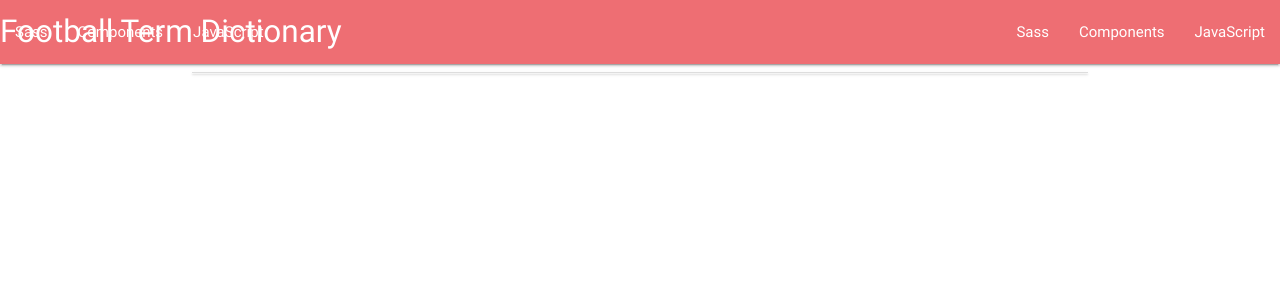
Repository: BLMcDonald/Milestone3
Page: http://localhost/
The author's editor kept a record of every edit. The page is drawn from the files as they stood at one moment, then again after the next edit.
The browser window is 1280 px wide. The pictures show the whole page.
Some web libraries are served in a nearby version. The page is served by the project's application, run on Flask 3 (app.py). Queries for data that is not in the repository find no rows.

Above is the page before.

### templates/words.html
{% extends 'base.html'%}
{% block content %}

    <ul class="collapsible" data-collapsible="accordion">
        {% for word in words %}
        <li>
            <div class="collapsible-header word_header">
                <div class="col s3">
                    <i class="material-icons">expand_more</i>
                    <a href="{{url_for('delete_word', word_id=word._id)}}" class="waves-effect waves-light btn btn_custom red">Delete</a>
                    <a href="{{url_for('edit_word', word_id=word._id)}}" class="waves-effect waves-light btn btn_custom blue">Edit</a>
                </div>
                <div class="col s9">
                    <strong>{{word.word_name}}</strong>
                </div>

            </div>
            <div class="collapsible-body"><span>{{word.definition}}</span></div>
        </li>
        {% endfor %}
    </ul>

{% endblock %}

### templates/base.html
<!DOCTYPE html>
<html lang="en">
<head>
    <link href="https://fonts.googleapis.com/icon?family=Material+Icons" rel="stylesheet">
    <link rel="stylesheet" href="https://cdnjs.cloudflare.com/ajax/libs/materialize/0.100.2/css/materialize.min.css">
    <link rel="stylesheet" href="{{url_for('static', filename='css/style.css')}}" type="text/css"/>
</head>
<body>
    <header>
        <nav>
            <div class="nav-wrapper">
                <a href="#" class="brand-logo">Football Term Dictionary</a>
                <ul id="nav-mobile" class="right hide-on-med-and-down">
                    <li><a href="sass.html">Sass</a></li>
                    <li><a href="badges.html">Components</a></li>
                    <li><a href="collapsible.html">JavaScript</a></li>
                </ul>
                <ul class="sidenav" id="mobile-demo">
                    <li><a href="sass.html">Sass</a></li>
                    <li><a href="badges.html">Components</a></li>
                    <li><a href="collapsible.html">JavaScript</a></li>
                </ul>
            </div>
        </nav>
    </header>
    <div class="container">
        {% block content %}
        {% endblock %}
    </div>

    <script src="https://cdnjs.cloudflare.com/ajax/libs/jquery/3.2.1/jquery.min.js"></script>
    <script src="https://cdnjs.cloudflare.com/ajax/libs/materialize/0.100.2/js/materialize.min.js"></script>
    <script type="text/javascript">
        $(document).ready(function() {
            $('.collapsible').collapsible();
        })
    </script>
</body>
</html>

### app.py
import os
from flask import Flask, render_template, redirect, request, url_for
from flask_pymongo import PyMongo
from bson.objectid import ObjectId

app = Flask(__name__)

app.config["MONGO_DBNAME"] = 'dictionary'
app.config["MONGO_URI"] = 'mongodb+srv://root:83OH5Pni9RRgTofE@projectscluster-hyee9.mongodb.net/dictionary?retryWrites=true&w=majority'

mongo = PyMongo(app)


@app.route('/')
@app.route('/get_words')
def get_words():
    return render_template("words.html", words=mongo.db.words.find())

@app.route('/add_word')
def add_word():
    return render_template("addword.html")

@app.route('/insert_word', methods=['POST'])
def insert_word():
    words = mongo.db.words
    words.insert_one(request.form.to_dict())
    return redirect(url_for('get_words'))

@app.route('/edit_word/<word_id>')
def edit_word(word_id):
    the_word = mongo.db.words.find_one({"_id": ObjectId(word_id)})
    return render_template("editword.html", word=the_word)

if __name__ == '__main__':
    app.run(host=os.environ.get('IP'),
            port=int(os.environ.get('PORT')),
            debug=True)

### static/css/style.css
.btn_custom {
    height: 24px;
    width: 70px;
    line-height: 24px;
    margin: 5px;
    padding: 0px 8px;
}

.word_header {
    margin-top: 5px;
}

After the next edit:
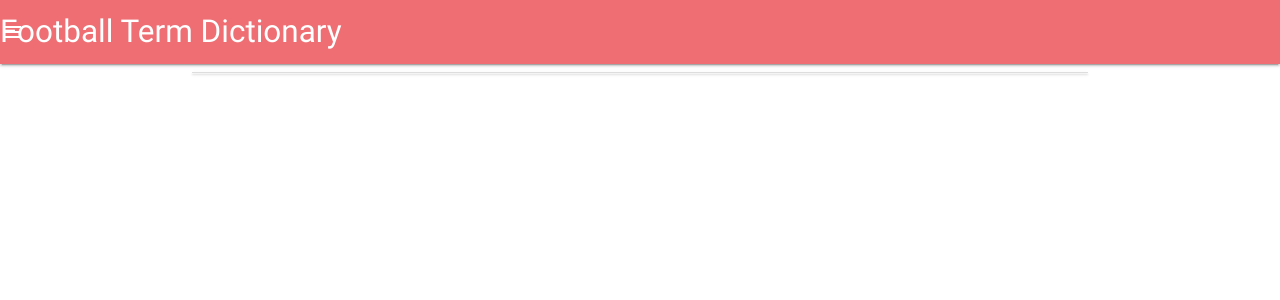
The edit:
--- a/templates/base.html
+++ b/templates/base.html
@@ -10,6 +10,7 @@
         <nav>
             <div class="nav-wrapper">
                 <a href="#" class="brand-logo">Football Term Dictionary</a>
+                <a href="#" data-target="mobile-demo" class="sidenav-trigger"><i class="material-icons">menu</i></a>
                 <ul id="nav-mobile" class="right hide-on-med-and-down">
                     <li><a href="sass.html">Sass</a></li>
                     <li><a href="badges.html">Components</a></li>
